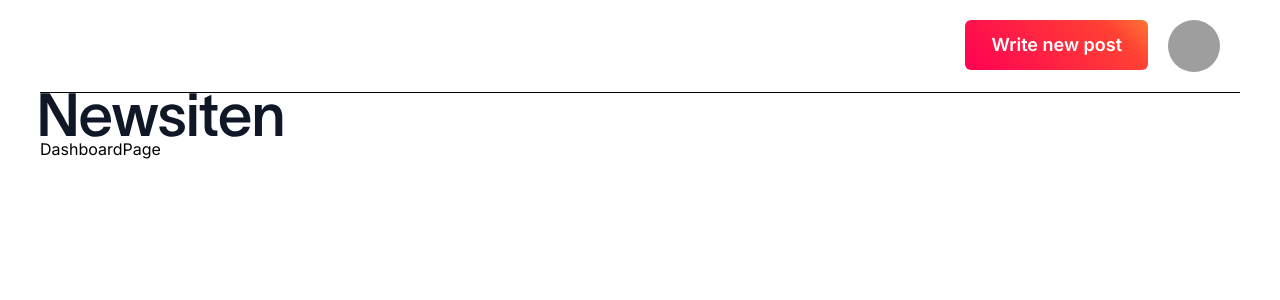
Repository: BrianPhamDev/Blog-App
Page: /dashboard
An editor plug-in stored every save of this project. The page is shown before and after the next save, followed by the edit.
The browser window is 1280 px wide. The pictures show the whole page.
Pictures or frames that could not be fetched are drawn as grey boxes. The project was rebuilt for these pictures with package versions that can differ from the ones it lists, and the page was loaded fresh each time. Also part of the build but not shown: src/pages/signUpPage/signUpPage.scss, src/components/label/label.scss, src/components/label/Label.js, src/components/input/input.scss, src/components/input/Input.js, src/components/input/InputPasswordToggle.js, src/components/input/index.js, src/pages/authenticationPage/authenticationPage.scss and 23 more. Imported but missing from the stored project, and not drawn on this page: src/components/icons.

Above is the page before, as saved 2023-08-02 17:11:52.

### public/index.html
<!DOCTYPE html>
<html lang="en">
  <head>
    <meta charset="utf-8" />

    <meta name="viewport" content="width=device-width, initial-scale=1" />

    <title>React App</title>
  </head>
  <body>
    <div id="root"></div>
  </body>
</html>

### src/index.js
import React from "react";
import "./styles/index.scss";
import App from "./App";
import reportWebVitals from "./reportWebVitals";
import { BrowserRouter } from "react-router-dom";
import { createRoot } from "react-dom/client";
import { ToastContainer } from "react-toastify";
import "react-toastify/dist/ReactToastify.css";

const container = document.getElementById("root");
const root = createRoot(container);

root.render(
  <React.StrictMode>
    <BrowserRouter>
      <App />
      <ToastContainer></ToastContainer>
    </BrowserRouter>
  </React.StrictMode>
);

reportWebVitals();

### src/styles/index.scss
@tailwind base;
@tailwind components;
@tailwind utilities;

@import "reset";
@import url("https://fonts.googleapis.com/css2?family=Inter:wght@100;200;300;400;500;600;700;800;900&display=swap");

@layer base {
  :root {
    --primary: #ff0055;
    --primary-active: #e5004c;
    --primary-grad2: #ff4133;
    --grad2-active: #e53a2e;
    --primary-grad3: #ff7633;
    --grad3-active: #e56a2e;
    --primary-d: #ff1a66;
    --primary-grad2-d: #ff5448;
    --primary-grad3-d: #ff8448;
    --danger: #f00;
    --danger-active: #e50000;
    --border-inactive: #ccc;
    --background-active: #000000;
    --background-inactive: #e7ecf3d6;
    --inactive: rgb(54, 54, 54);
    --text-meta: #91a8b0;
    --gray-300: rgb(237, 243, 245);
  }

  html {
    font-family: "Inter", system-ui, sans-serif;
  }
}

@layer utilities {
  .container {
    width: 100%;
    max-width: 1600px;
    margin: 0 auto;
    padding: 0 40px;
  }

  .background-gradient {
    background-image: linear-gradient(
      45deg,
      var(--primary) 0%,
      var(--primary-grad2) 80%,
      var(--primary-grad3) 100%
    );
  }

  .text-gradient {
    background-image: linear-gradient(
      45deg,
      var(--primary) 0%,
      var(--primary-grad2) 80%,
      var(--primary-grad3) 100%
    );
    background-clip: text;
    color: transparent;
  }

  .heading-1 {
    color: #000000;
    font-size: 38px;
    font-weight: 900;
    line-height: 47px;
  }

  .heading-2 {
    font-size: 30px;
    font-weight: 800;
    line-height: 38px;
  }

  .heading-3 {
    font-weight: 600;
    line-height: 28.8px;
    font-size: 16px;
  }

  .heading-4 {
    font-style: 14px;
    line-height: 20px;
    font-weight: 500;
  }

  .bodycopy {
    font-size: 16px;
    line-height: 27.2px;
    font-weight: 400;
  }

  .meta {
    font-style: 12px;
    font-weight: 400;
    line-height: 17px;
  }

  .button-text {
    @apply underline;
    font-size: 14px;
    color: var(--inactive);
    font-weight: 400;
  }

  .input-icon {
    position: absolute;
    right: 20px;
    top: 50%;
    transform: translateY(-50%);
    cursor: pointer;
  }

  .smooth-transition {
    @apply transition-all ease-in-out duration-200;
  }
}

### src/App.js
import { Routes, Route } from "react-router-dom";
import { AuthProvider } from "./contexts/auth-context";
import SignUpPage from "./pages/signUpPage/SignUpPage";
import SignInPage from "./pages/signInPage/SignInPage";
import HomePage from "./pages/homePage/HomePage";
import NotFoundPage from "./pages/notFoundPage/NotFoundPage";
import PostDetailsPage from "./module/Post/PostDetails/PostDetailsPage";
import DashboardPage from "./pages/dashboardPage.js/DashboardPage";
import DashboardLayout from "./module/dashboard/DashboardLayout";

function App() {
  return (
    <div>
      <AuthProvider>
        <Routes>
          <Route path="/" element={<HomePage />}></Route>
          <Route path="/sign-up" element={<SignUpPage />}></Route>
          <Route path="/sign-in" element={<SignInPage />}></Route>

          <Route path="*" element={<NotFoundPage />}></Route>
          <Route path="/:slug" element={<PostDetailsPage />}></Route>
          <Route element={<DashboardLayout />}>
            <Route path="/dashboard" element={<DashboardPage />}></Route>
          </Route>
        </Routes>
      </AuthProvider>
    </div>
  );
}

export default App;

### src/styles/_reset.scss
*,
*::before,
*::after {
  box-sizing: border-box;
}
* {
  margin: 0;
  padding: 0;
}

html,
body {
  height: 100%;
}
body {
  line-height: 1.5;
  -webkit-font-smoothing: antialiased;
  -webkit-tap-highlight-color: rgba(0, 0, 0, 0);
}

img,
picture,
video,
canvas,
svg {
  display: block;
  max-width: 100%;
}
input,
button,
textarea,
select {
  font: inherit;
  outline: none;
  border: none;
}
p,
h1,
h2,
h3,
h4,
h5,
h6 {
  overflow-wrap: break-word;
}

### src/contexts/auth-context.js
import { onAuthStateChanged } from "firebase/auth";
import { useEffect, useState } from "react";
import { auth } from "../firebase/firebase-config";

const { createContext, useContext } = require("react");

const AuthContext = createContext();

function AuthProvider(props) {
  const [userInfo, setUserInfo] = useState("");
  const value = { userInfo, setUserInfo };
  useEffect(() => {
    onAuthStateChanged(auth, (user) => {
      setUserInfo(user);
    });
  }, []);
  return <AuthContext.Provider value={value} {...props}></AuthContext.Provider>;
}

function useAuth() {
  const context = useContext(AuthContext);
  if (typeof context === "undefined")
    throw new Error("useAuth must be used within AuthProvider");
  return context;
}

export { AuthProvider, useAuth };

### src/module/dashboard/DashboardLayout.js
import React from "react";
import DashboardHeader from "./DashboardHeader";
import Sidebar from "./Sidebar";
import { Outlet } from "react-router-dom";
const DashboardLayout = ({ children }) => {
  return (
    <div className="container">
      <DashboardHeader></DashboardHeader>
      <div className="dashboard-main">
        <Sidebar>Sidebar</Sidebar>
        <div className="dashboard-children">
          <Outlet></Outlet>
        </div>
      </div>
    </div>
  );
};

export default DashboardLayout;

### src/firebase/firebase-config.js
// Import the functions you need from the SDKs you need
import { initializeApp } from "firebase/app";
import { getFirestore } from "firebase/firestore";
import { getAuth } from "firebase/auth";
// TODO: Add SDKs for Firebase products that you want to use
// https://firebase.google.com/docs/web/setup#available-libraries

// Your web app's Firebase configuration
const firebaseConfig = {
  apiKey: "AIzaSyBvYgsZz9zgVLPl1CRt32h11zSY1hwyQnQ",
  authDomain: "blogging-dc5e9.firebaseapp.com",
  projectId: "blogging-dc5e9",
  storageBucket: "blogging-dc5e9.appspot.com",
  messagingSenderId: "470546749308",
  appId: "1:470546749308:web:b657e2250e78464d5c36f9",
};

// Initialize Firebase
const app = initializeApp(firebaseConfig);

// Initialize Cloud Firestore and get a reference to the service
export const db = getFirestore(app);

// Initialize Firebase Authentication and get a reference to the service
export const auth = getAuth(app);

### src/module/dashboard/DashboardHeader.js
import { Button } from "../../components/button";
import React from "react";

const DashboardHeader = () => {
  return (
    <div className="dashboard-header-wrapper bg-white p-5 border-b border-b-black flex gap-5 justify-end">
      <Button to="/dashboard" className="dashboard-header-button">
        Write new post
      </Button>
      <div className="dashboard-header-avatar h-[52px] w-[52px]">
        <img
          src="https://images.unsplash.com/photo-1568602471122-7832951cc4c5?ixlib=rb-1.2.1&ixid=MnwxMjA3fDB8MHxwaG90by1wYWdlfHx8fGVufDB8fHx8&auto=format&fit=crop&w=3270&q=80"
          alt="guys-smilling"
          className="w-full h-full object-cover rounded-full"
        />
      </div>
    </div>
  );
};

export default DashboardHeader;

### src/module/dashboard/Sidebar.js
import React from "react";
import { NavLink } from "react-router-dom";

const sidebarLinks = [
  {
    title: "Dashboard",
    url: "/dashboard",
    icon: (
      <svg
        xmlns="http://www.w3.org/2000/svg"
        class="h-6 w-6"
        fill="none"
        viewBox="0 0 24 24"
        stroke="currentColor"
        strokeWidth="2"
      >
        <path
          strokeLinecap="round"
          strokeLinejoin="round"
          d="M20 7l-8-4-8 4m16 0l-8 4m8-4v10l-8 4m0-10L4 7m8 4v10M4 7v10l8 4"
        />
      </svg>
    ),
  },
  {
    title: "Post",
    url: "/manage/post",
    icon: (
      <svg
        xmlns="http://www.w3.org/2000/svg"
        class="h-6 w-6"
        fill="none"
        viewBox="0 0 24 24"
        stroke="currentColor"
        strokeWidth="2"
      >
        <path
          strokeLinecap="round"
          strokeLinejoin="round"
          d="M12 6.253v13m0-13C10.832 5.477 9.246 5 7.5 5S4.168 5.477 3 6.253v13C4.168 18.477 5.754 18 7.5 18s3.332.477 4.5 1.253m0-13C13.168 5.477 14.754 5 16.5 5c1.747 0 3.332.477 4.5 1.253v13C19.832 18.477 18.247 18 16.5 18c-1.746 0-3.332.477-4.5 1.253"
        />
      </svg>
    ),
  },
  {
    title: "Category",
    url: "/manage/category",
    icon: (
      <svg
        xmlns="http://www.w3.org/2000/svg"
        class="h-6 w-6"
        fill="none"
        viewBox="0 0 24 24"
        stroke="currentColor"
        strokeWidth="2"
      >
        <path
          strokeLinecap="round"
          strokeLinejoin="round"
          d="M5 8h14M5 8a2 2 0 110-4h14a2 2 0 110 4M5 8v10a2 2 0 002 2h10a2 2 0 002-2V8m-9 4h4"
        />
      </svg>
    ),
  },
  {
    title: "User",
    url: "/manage/user",
    icon: (
      <svg
        xmlns="http://www.w3.org/2000/svg"
        class="h-6 w-6"
        fill="none"
        viewBox="0 0 24 24"
        stroke="currentColor"
        strokeWidth="2"
      >
        <path
          strokeLinecap="round"
          strokeLinejoin="round"
          d="M12 4.354a4 4 0 110 5.292M15 21H3v-1a6 6 0 0112 0v1zm0 0h6v-1a6 6 0 00-9-5.197M13 7a4 4 0 11-8 0 4 4 0 018 0z"
        />
      </svg>
    ),
  },
  {
    title: "Logout",
    url: "/",
    icon: (
      <svg
        xmlns="http://www.w3.org/2000/svg"
        class="h-6 w-6"
        fill="none"
        viewBox="0 0 24 24"
        stroke="currentColor"
        strokeWidth="2"
      >
        <path
          strokeLinecap="round"
          strokeLinejoin="round"
          d="M17 16l4-4m0 0l-4-4m4 4H7m6 4v1a3 3 0 01-3 3H6a3 3 0 01-3-3V7a3 3 0 013-3h4a3 3 0 013 3v1"
        />
      </svg>
    ),
    onClick: () => {},
  },
];

const Sidebar = ({ children }) => {
  return (
    <div className="sidebar-wrapper">
      <div className="sidebar-logo">
        <img src="./Logo.svg" alt="Newsiten" className="" />
      </div>
    </div>
  );
};

export default Sidebar;

### src/components/button/Button.js
import React from "react";
import "./button.scss";
import Spinner from "../spinner/Spinner";
import PropTypes from "prop-types";
import { NavLink } from "react-router-dom";

/**
 * @param {*} onClick Handler onClick
 *@requires
 * @param {string} type Type of button 'button' | 'submit'
 * @returns
 */

const Button = ({
  type = "button",
  onClick = () => {},
  className,
  children,
  isLoading,
  to,
  ...props
}) => {
  const child = !!isLoading ? <Spinner></Spinner> : children;
  if (to !== "" && typeof to === "string")
    return (
      <NavLink to={to} {...props}>
        <button className="w-fit px-[26px] whitespace-nowrap text-white rounded-md font-semibold cursor-pointer text-lg h-[50px] flex items-center justify-center background-gradient">
          {children}
        </button>
      </NavLink>
    );

  return (
    <button type={type} className={`button ${className}`} {...props}>
      {child}
    </button>
  );
};

Button.propTypes = {
  type: PropTypes.oneOf(["button", "submit"]).isRequired,
  isLoading: PropTypes.bool,
  onClick: PropTypes.func,
};

export default Button;

### tailwind.config.js
/** @type {import('tailwindcss').Config} */
module.exports = {
  content: ["./src/**/*.{js,jsx,ts,tsx}"],
  theme: {
    extend: {
      colors: {
        borderInactive: "var(--border-inactive)",
        inactive: "var(--inactive)",
        backgroundInactive: "var(--background-inactive)",
      },
      fontFamily: {},
    },
  },
  plugins: [],
};

Loaded but not shown: src/reportWebVitals.js (common file); src/pages/dashboardPage.js/DashboardPage.js (common file); src/components/button/index.js (common file); src/pages/signInPage/signInPage.scss (no stored copy; drawn as an empty file)

After the next save:
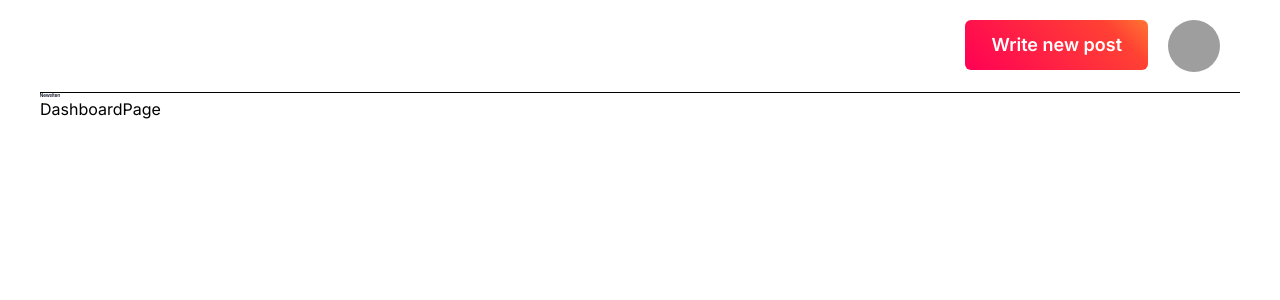
Saved 6 s later.
--- a/src/module/dashboard/Sidebar.js
+++ b/src/module/dashboard/Sidebar.js
@@ -109,7 +109,7 @@ const Sidebar = ({ children }) => {
   return (
     <div className="sidebar-wrapper">
       <div className="sidebar-logo">
-        <img src="./Logo.svg" alt="Newsiten" className="" />
+        <img src="./Logo.svg" alt="Newsiten" className="w-5" />
       </div>
     </div>
   );
